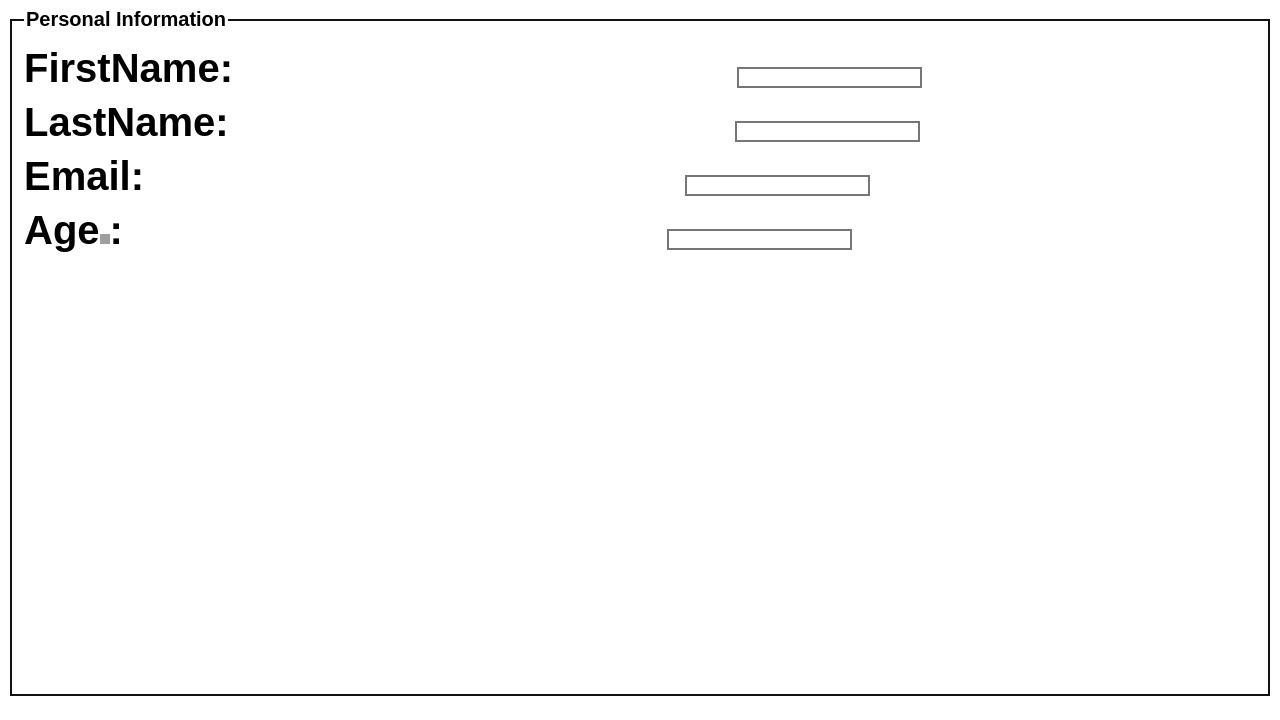
Repository: Femi007-gh/Legend
Page: index.html
The author's editor kept a copy of each file at every save. The page is drawn from the files as they stood at one save, then again after a run of saves.
The browser window is 1280 px wide. The pictures show the whole page.
Pictures or frames that could not be fetched are drawn as grey boxes.

Above is the page before, as saved 2025-04-04 11:00:13.

After the next 3 saves:
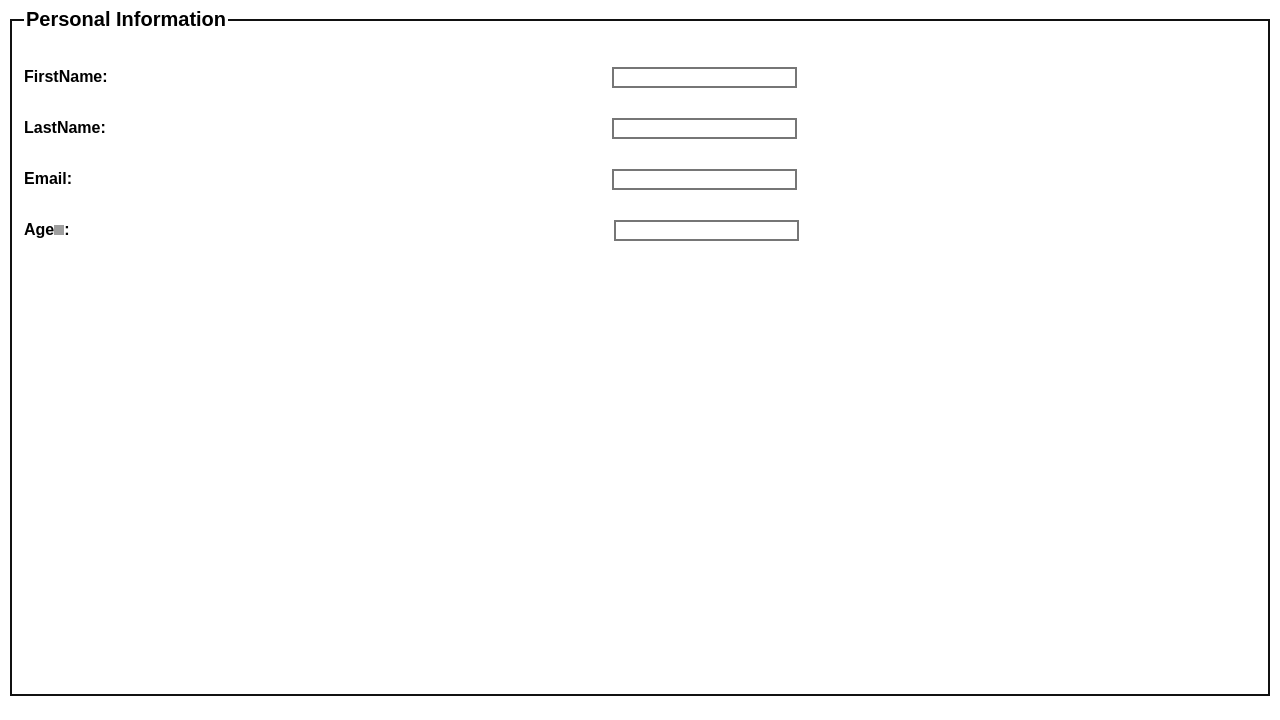
The 3 saves are shown as one change because they came seconds apart.
The last was saved 43 s later.
--- a/style.css
+++ b/style.css
@@ -42,5 +42,6 @@
 }
 
 .first, .last, .mail, .yourage {
-  font-size: 40px;
+
+  height: 30px;
 }

After the 2 saves that followed:
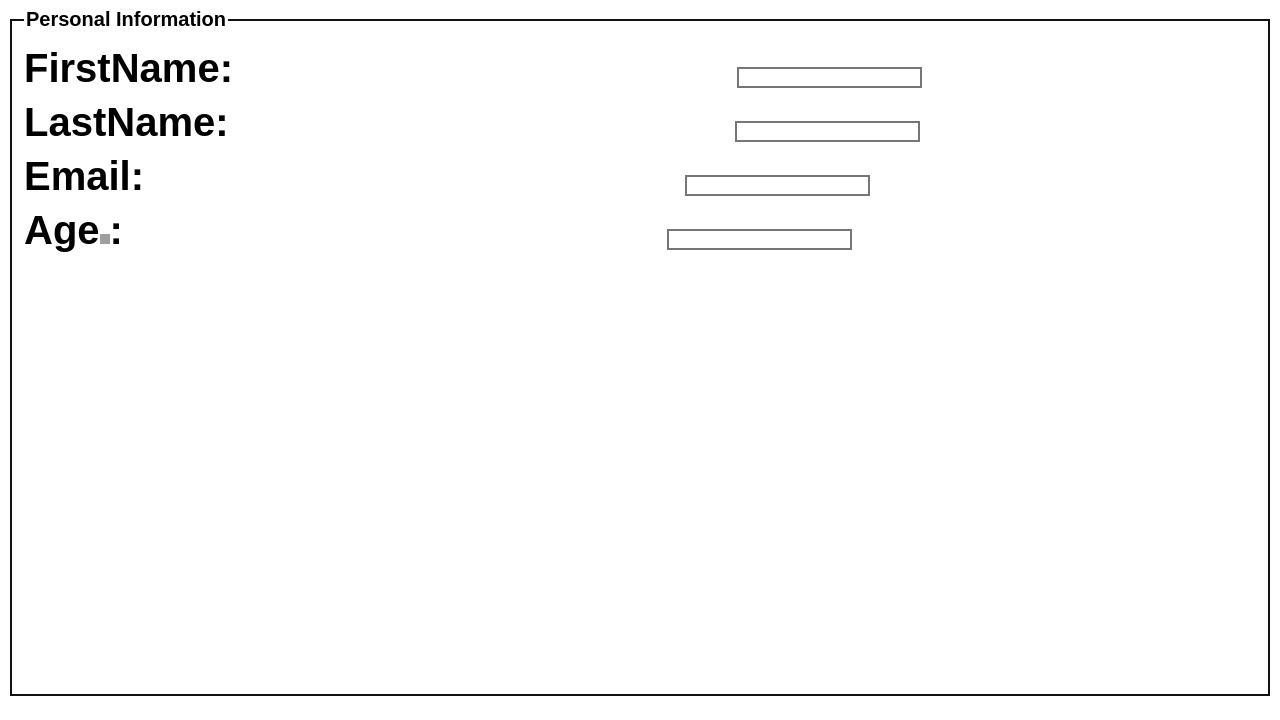
The 2 saves are shown as one change because 1 left the picture as it was.
The last was saved 16 s later.
--- a/style.css
+++ b/style.css
@@ -42,6 +42,6 @@
 }
 
 .first, .last, .mail, .yourage {
+  font-size: 40px;
 
-  height: 30px;
 }
